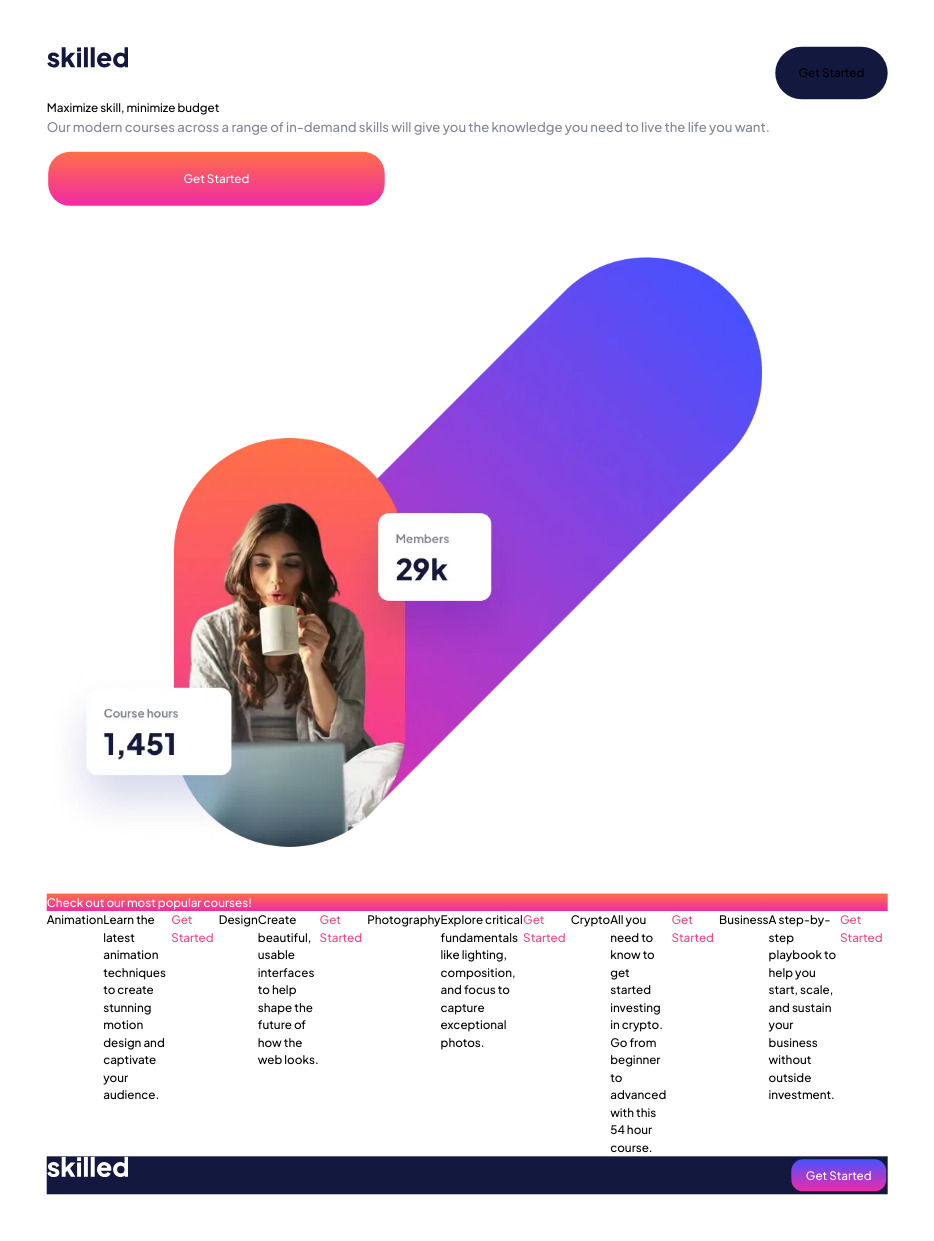
Repository: blordeus/Skilled-e-learning-landing-page
Page: index.html
An editor plug-in stored every save of this project. The page is shown before and after the next save, followed by the edit.
The browser window is 1280 px wide. The pictures show the whole page, at 73% of full size.

Above is the page before, as saved 2023-06-17 20:22:57.

### index.html
<!DOCTYPE html>
<html lang="en">
<head>
  <meta charset="UTF-8">
  <meta name="viewport" content="width=device-width, initial-scale=1.0">
  <link rel="stylesheet" href="style.css">
  <link rel="stylesheet" href="output.css">
  <link rel="preconnect" href="https://fonts.googleapis.com">
  <link rel="preconnect" href="https://fonts.gstatic.com" crossorigin>
  <link href="https://fonts.googleapis.com/css2?family=Plus+Jakarta+Sans:wght@500;700;800&display=swap" rel="stylesheet">
  <link rel="icon" type="image/png" sizes="32x32" href="./assets/favicon-32x32.png">

  <title>Frontend Mentor | Skilled e-learning landing page</title>
</head>
<body class="min-h-screen w-full">

  <main>
    <div class="grid grid-flow-col place-content-between mb-6">
      <img src="./assets/logo-dark.svg" alt="logo dark" class="translate-y-6">
      <button class="px-8 py-6 text-skilled-color6 rounded-full bg-skilled-color2 items-center">Get Started</button>
    </div >

    <div class="hero-section grid grid-flow-row gap-4">
      <h1 class="sm:text-heading-xl sm:leading-70 sm:font-weight:800 max-sm:text-heading-l max-sm:leading-51 max-sm:font-weight:700">Maximize skill, minimize budget</h1>
      <p class="text-skilled-color3 text-body-m leading-28 pb-4">
        Our modern courses across a range of in-demand skills will give you the
        knowledge you need to live the life you want.
      </p>
      <button class="button-gradient1">Get Started</button>
      </div>

      <div>
        <picture>
          <source srcset="/assets/image-hero-desktop.webp, /assets/image-hero-desktop@2x.webp 2x" type="image/webp"
            media="(min-width: 75em)">
          <source srcset="/assets/image-hero-desktop.png, /assets/image-hero-desktop@2x.png 2x" type="image/png"
            media="(min-width: 75em)">
          <source srcset="/assets/image-hero-tablet.webp, /assets/image-hero-tablet@2x.webp 2x" type="image/webp"
            media="(min-width: 45em)">
          <source srcset="/assets/image-hero-tablet.png, /assets/image-hero-tablet@2x.png 2x" type="image/png"
            media="(min-width: 45em)">
          <source srcset="/assets/image-hero-mobile.webp, /assets/image-hero-mobile@2x.webp 2x" type="image/webp">
          <source srcset="/assets/image-hero-mobile.png, /assets/image-hero-mobile@2x.png 2x" type="image/png">
          <img src="/assets/image-hero-mobile.png" alt="29k members and 1,451 course hours">
        </picture>
      </div>
    </div>



    <section>
      <div class="grid popular-bg py">
      <h2>Check out our most popular courses!</h2>
      </div>

      <div class="grid grid-flow-col">
        <h2>Animation</h2>
        Learn the latest animation techniques to create stunning motion
        design and captivate your audience.
        <p class="text-skilled-color4">Get Started</p>
        <h2>Design</h2>
        Create beautiful, usable interfaces to help shape the future of
        how the web looks.
        <p  class="text-skilled-color4">Get Started</p>
        <h2>Photography</h2>
        Explore critical fundamentals like lighting, composition, and focus
        to capture exceptional photos.
        <p  class="text-skilled-color4">Get Started</p>
        <h2>Crypto</h2>
        All you need to know to get started investing in crypto. Go from beginner
        to advanced with this 54 hour course.
        <p  class="text-skilled-color4">Get Started</p>
        <h2>Business</h2>
        A step-by-step playbook to help you start, scale, and sustain your business
        without outside investment.
        <p class="text-skilled-color4">Get Started</p>
      </div>

    </section>
    <footer class="footer bg-skilled-color2">
      <div class="grid grid-flow-col place-content-between">
        <img src="./assets/logo-light.svg" alt="" class="logo">
        <button class="button-gradient2">Get Started</button>
      </div>
  </footer>
  </main>

</body>
</html>

### style.css
@import url('https://fonts.googleapis.com/css2?family=Plus+Jakarta+Sans:wght@500;700;800&display=swap');

.popular-bg{
    background: linear-gradient(to bottom, #FF6F48, #F02AA6);
    text-align: start;
    color: white;
}

.button {
    background-color: #13183F;
    border: none;
    color: white;
    padding: 10px 20px;
    text-align: center;
    text-decoration: none;
    display: inline-block;
    margin: 4px 2px;
    cursor: pointer;
    border-radius: 16px;
  }
  .button-gradient1 {
    background: linear-gradient(to bottom, #FF6F48, #F02AA6);
    border: none;
    color: white;
    padding: 25px 20px;
    text-align: center;
    text-decoration: none;
    display: inline-block;
    margin: 4px 2px;
    cursor: pointer;
    border-radius: 30px;
    width: 40%;
  }
  .button-gradient2 {
    background: linear-gradient(to bottom, #4851FF, #F02AA6);
    border: none;
    color: white;
    padding: 10px 20px;
    text-align: center;
    text-decoration: none;
    display: inline-block;
    margin: 4px 2px;
    cursor: pointer;
    border-radius: 16px;
  }

body {
  padding: 5%;
}

### output.css
/*
! tailwindcss v3.3.2 | MIT License | https://tailwindcss.com
*/

/*
1. Prevent padding and border from affecting element width. (https://github.com/mozdevs/cssremedy/issues/4)
2. Allow adding a border to an element by just adding a border-width. (https://github.com/tailwindcss/tailwindcss/pull/116)
*/

*,
::before,
::after {
  box-sizing: border-box;
  /* 1 */
  border-width: 0;
  /* 2 */
  border-style: solid;
  /* 2 */
  border-color: currentColor;
  /* 2 */
}

::before,
::after {
  --tw-content: '';
}

/*
1. Use a consistent sensible line-height in all browsers.
2. Prevent adjustments of font size after orientation changes in iOS.
3. Use a more readable tab size.
4. Use the user's configured `sans` font-family by default.
5. Use the user's configured `sans` font-feature-settings by default.
6. Use the user's configured `sans` font-variation-settings by default.
*/

html {
  line-height: 1.5;
  /* 1 */
  -webkit-text-size-adjust: 100%;
  /* 2 */
  -moz-tab-size: 4;
  /* 3 */
  -o-tab-size: 4;
     tab-size: 4;
  /* 3 */
  font-family: Plus Jakarta Sans, sans-serif;
  /* 4 */
  font-feature-settings: normal;
  /* 5 */
  font-variation-settings: normal;
  /* 6 */
}

/*
1. Remove the margin in all browsers.
2. Inherit line-height from `html` so users can set them as a class directly on the `html` element.
*/

body {
  margin: 0;
  /* 1 */
  line-height: inherit;
  /* 2 */
}

/*
1. Add the correct height in Firefox.
2. Correct the inheritance of border color in Firefox. (https://bugzilla.mozilla.org/show_bug.cgi?id=190655)
3. Ensure horizontal rules are visible by default.
*/

hr {
  height: 0;
  /* 1 */
  color: inherit;
  /* 2 */
  border-top-width: 1px;
  /* 3 */
}

/*
Add the correct text decoration in Chrome, Edge, and Safari.
*/

abbr:where([title]) {
  -webkit-text-decoration: underline dotted;
          text-decoration: underline dotted;
}

/*
Remove the default font size and weight for headings.
*/

h1,
h2,
h3,
h4,
h5,
h6 {
  font-size: inherit;
  font-weight: inherit;
}

/*
Reset links to optimize for opt-in styling instead of opt-out.
*/

a {
  color: inherit;
  text-decoration: inherit;
}

/*
Add the correct font weight in Edge and Safari.
*/

b,
strong {
  font-weight: bolder;
}

/*
1. Use the user's configured `mono` font family by default.
2. Correct the odd `em` font sizing in all browsers.
*/

code,
kbd,
samp,
pre {
  font-family: ui-monospace, SFMono-Regular, Menlo, Monaco, Consolas, "Liberation Mono", "Courier New", monospace;
  /* 1 */
  font-size: 1em;
  /* 2 */
}

/*
Add the correct font size in all browsers.
*/

small {
  font-size: 80%;
}

/*
Prevent `sub` and `sup` elements from affecting the line height in all browsers.
*/

sub,
sup {
  font-size: 75%;
  line-height: 0;
  position: relative;
  vertical-align: baseline;
}

sub {
  bottom: -0.25em;
}

sup {
  top: -0.5em;
}

/*
1. Remove text indentation from table contents in Chrome and Safari. (https://bugs.chromium.org/p/chromium/issues/detail?id=999088, https://bugs.webkit.org/show_bug.cgi?id=201297)
2. Correct table border color inheritance in all Chrome and Safari. (https://bugs.chromium.org/p/chromium/issues/detail?id=935729, https://bugs.webkit.org/show_bug.cgi?id=195016)
3. Remove gaps between table borders by default.
*/

table {
  text-indent: 0;
  /* 1 */
  border-color: inherit;
  /* 2 */
  border-collapse: collapse;
  /* 3 */
}

/*
1. Change the font styles in all browsers.
2. Remove the margin in Firefox and Safari.
3. Remove default padding in all browsers.
*/

button,
input,
optgroup,
select,
textarea {
  font-family: inherit;
  /* 1 */
  font-size: 100%;
  /* 1 */
  font-weight: inherit;
  /* 1 */
  line-height: inherit;
  /* 1 */
  color: inherit;
  /* 1 */
  margin: 0;
  /* 2 */
  padding: 0;
  /* 3 */
}

/*
Remove the inheritance of text transform in Edge and Firefox.
*/

button,
select {
  text-transform: none;
}

/*
1. Correct the inability to style clickable types in iOS and Safari.
2. Remove default button styles.
*/

button,
[type='button'],
[type='reset'],
[type='submit'] {
  /* 1 */
  background-color: transparent;
  /* 2 */
  background-image: none;
  /* 2 */
}

/*
Use the modern Firefox focus style for all focusable elements.
*/

:-moz-focusring {
  outline: auto;
}

/*
Remove the additional `:invalid` styles in Firefox. (https://github.com/mozilla/gecko-dev/blob/2f9eacd9d3d995c937b4251a5557d95d494c9be1/layout/style/res/forms.css#L728-L737)
*/

:-moz-ui-invalid {
  box-shadow: none;
}

/*
Add the correct vertical alignment in Chrome and Firefox.
*/

progress {
  vertical-align: baseline;
}

/*
Correct the cursor style of increment and decrement buttons in Safari.
*/

::-webkit-inner-spin-button,
::-webkit-outer-spin-button {
  height: auto;
}

/*
1. Correct the odd appearance in Chrome and Safari.
2. Correct the outline style in Safari.
*/

[type='search'] {
  /* 1 */
  outline-offset: -2px;
  /* 2 */
}

/*
Remove the inner padding in Chrome and Safari on macOS.
*/

::-webkit-search-decoration {
  -webkit-appearance: none;
}

/*
1. Correct the inability to style clickable types in iOS and Safari.
2. Change font properties to `inherit` in Safari.
*/

::-webkit-file-upload-button {
  -webkit-appearance: button;
  /* 1 */
  font: inherit;
  /* 2 */
}

/*
Add the correct display in Chrome and Safari.
*/

summary {
  display: list-item;
}

/*
Removes the default spacing and border for appropriate elements.
*/

blockquote,
dl,
dd,
h1,
h2,
h3,
h4,
h5,
h6,
hr,
figure,
p,
pre {
  margin: 0;
}

fieldset {
  margin: 0;
  padding: 0;
}

legend {
  padding: 0;
}

ol,
ul,
menu {
  list-style: none;
  margin: 0;
  padding: 0;
}

/*
Prevent resizing textareas horizontally by default.
*/

textarea {
  resize: vertical;
}

/*
1. Reset the default placeholder opacity in Firefox. (https://github.com/tailwindlabs/tailwindcss/issues/3300)
2. Set the default placeholder color to the user's configured gray 400 color.
*/

input::-moz-placeholder, textarea::-moz-placeholder {
  opacity: 1;
  /* 1 */
  color: #9ca3af;
  /* 2 */
}

input::placeholder,
textarea::placeholder {
  opacity: 1;
  /* 1 */
  color: #9ca3af;
  /* 2 */
}

/*
Set the default cursor for buttons.
*/

button,
[role="button"] {
  cursor: pointer;
}

/*
Make sure disabled buttons don't get the pointer cursor.
*/

:disabled {
  cursor: default;
}

/*
1. Make replaced elements `display: block` by default. (https://github.com/mozdevs/cssremedy/issues/14)
2. Add `vertical-align: middle` to align replaced elements more sensibly by default. (https://github.com/jensimmons/cssremedy/issues/14#issuecomment-634934210)
   This can trigger a poorly considered lint error in some tools but is included by design.
*/

img,
svg,
video,
canvas,
audio,
iframe,
embed,
object {
  display: block;
  /* 1 */
  /* 2 */
}

/*
Constrain images and videos to the parent width and preserve their intrinsic aspect ratio. (https://github.com/mozdevs/cssremedy/issues/14)
*/

img,
video {
  max-width: 100%;
  height: auto;
}

/* Make elements with the HTML hidden attribute stay hidden by default */

[hidden] {
  display: none;
}

*, ::before, ::after {
  --tw-border-spacing-x: 0;
  --tw-border-spacing-y: 0;
  --tw-translate-x: 0;
  --tw-translate-y: 0;
  --tw-rotate: 0;
  --tw-skew-x: 0;
  --tw-skew-y: 0;
  --tw-scale-x: 1;
  --tw-scale-y: 1;
  --tw-pan-x:  ;
  --tw-pan-y:  ;
  --tw-pinch-zoom:  ;
  --tw-scroll-snap-strictness: proximity;
  --tw-gradient-from-position:  ;
  --tw-gradient-via-position:  ;
  --tw-gradient-to-position:  ;
  --tw-ordinal:  ;
  --tw-slashed-zero:  ;
  --tw-numeric-figure:  ;
  --tw-numeric-spacing:  ;
  --tw-numeric-fraction:  ;
  --tw-ring-inset:  ;
  --tw-ring-offset-width: 0px;
  --tw-ring-offset-color: #fff;
  --tw-ring-color: rgb(59 130 246 / 0.5);
  --tw-ring-offset-shadow: 0 0 #0000;
  --tw-ring-shadow: 0 0 #0000;
  --tw-shadow: 0 0 #0000;
  --tw-shadow-colored: 0 0 #0000;
  --tw-blur:  ;
  --tw-brightness:  ;
  --tw-contrast:  ;
  --tw-grayscale:  ;
  --tw-hue-rotate:  ;
  --tw-invert:  ;
  --tw-saturate:  ;
  --tw-sepia:  ;
  --tw-drop-shadow:  ;
  --tw-backdrop-blur:  ;
  --tw-backdrop-brightness:  ;
  --tw-backdrop-contrast:  ;
  --tw-backdrop-grayscale:  ;
  --tw-backdrop-hue-rotate:  ;
  --tw-backdrop-invert:  ;
  --tw-backdrop-opacity:  ;
  --tw-backdrop-saturate:  ;
  --tw-backdrop-sepia:  ;
}

::backdrop {
  --tw-border-spacing-x: 0;
  --tw-border-spacing-y: 0;
  --tw-translate-x: 0;
  --tw-translate-y: 0;
  --tw-rotate: 0;
  --tw-skew-x: 0;
  --tw-skew-y: 0;
  --tw-scale-x: 1;
  --tw-scale-y: 1;
  --tw-pan-x:  ;
  --tw-pan-y:  ;
  --tw-pinch-zoom:  ;
  --tw-scroll-snap-strictness: proximity;
  --tw-gradient-from-position:  ;
  --tw-gradient-via-position:  ;
  --tw-gradient-to-position:  ;
  --tw-ordinal:  ;
  --tw-slashed-zero:  ;
  --tw-numeric-figure:  ;
  --tw-numeric-spacing:  ;
  --tw-numeric-fraction:  ;
  --tw-ring-inset:  ;
  --tw-ring-offset-width: 0px;
  --tw-ring-offset-color: #fff;
  --tw-ring-color: rgb(59 130 246 / 0.5);
  --tw-ring-offset-shadow: 0 0 #0000;
  --tw-ring-shadow: 0 0 #0000;
  --tw-shadow: 0 0 #0000;
  --tw-shadow-colored: 0 0 #0000;
  --tw-blur:  ;
  --tw-brightness:  ;
  --tw-contrast:  ;
  --tw-grayscale:  ;
  --tw-hue-rotate:  ;
  --tw-invert:  ;
  --tw-saturate:  ;
  --tw-sepia:  ;
  --tw-drop-shadow:  ;
  --tw-backdrop-blur:  ;
  --tw-backdrop-brightness:  ;
  --tw-backdrop-contrast:  ;
  --tw-backdrop-grayscale:  ;
  --tw-backdrop-hue-rotate:  ;
  --tw-backdrop-invert:  ;
  --tw-backdrop-opacity:  ;
  --tw-backdrop-saturate:  ;
  --tw-backdrop-sepia:  ;
}

.grid {
  display: grid;
}

.min-h-screen {
  min-height: 100vh;
}

.w-full {
  width: 100%;
}

.grid-flow-row {
  grid-auto-flow: row;
}

.grid-flow-col {
  grid-auto-flow: column;
}

.place-content-between {
  place-content: space-between;
}

.rounded-full {
  border-radius: 9999px;
}

.bg-skilled-color2 {
  --tw-bg-opacity: 1;
  background-color: rgb(19 24 63 / var(--tw-bg-opacity));
}

.p-4 {
  padding: 1rem;
}

.p-6 {
  padding: 1.5rem;
}

.p-8 {
  padding: 2rem;
}

.px-8 {
  padding-left: 2rem;
  padding-right: 2rem;
}

.py-12 {
  padding-top: 3rem;
  padding-bottom: 3rem;
}

.py-6 {
  padding-top: 1.5rem;
  padding-bottom: 1.5rem;
}

.pb-4 {
  padding-bottom: 1rem;
}

.text-heading-xl {
  font-size: 56px;
}

.text-body-m {
  font-size: 18px;
}

.leading-28 {
  line-height: 28px;
}

.leading-70 {
  line-height: 70px;
}

.text-skilled-color3 {
  --tw-text-opacity: 1;
  color: rgb(131 134 154 / var(--tw-text-opacity));
}

.text-skilled-color4 {
  --tw-text-opacity: 1;
  color: rgb(247 71 128 / var(--tw-text-opacity));
}

@media (min-width: 640px) {
  .sm\:text-heading-l {
    font-size: 40px;
  }

  .sm\:leading-51 {
    line-height: 51px;
  }
}

After the next save:
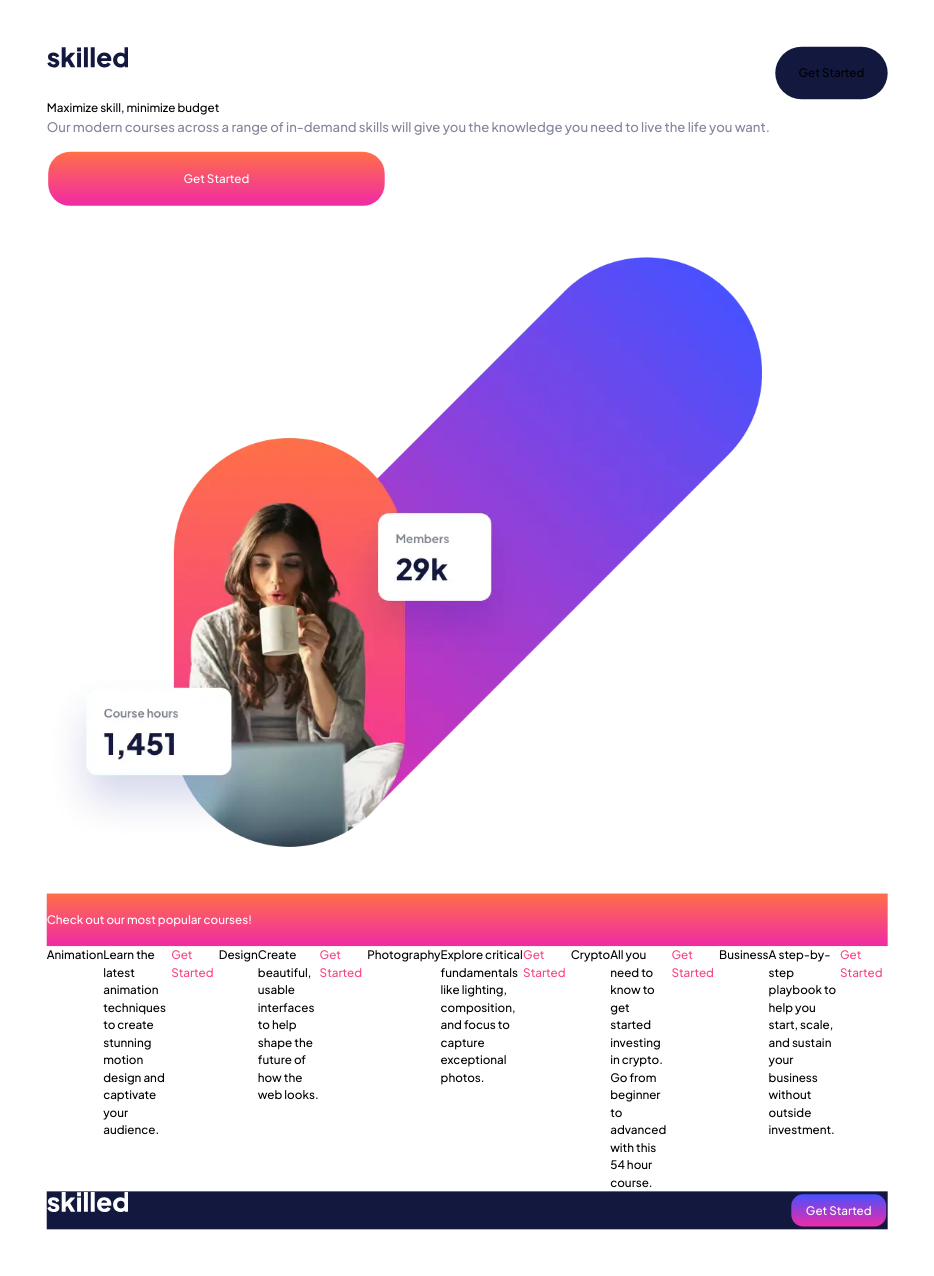
Saved 7 s later.
--- a/index.html
+++ b/index.html
@@ -49,7 +49,7 @@
 
 
     <section>
-      <div class="grid popular-bg py">
+      <div class="grid popular-bg py-6">
       <h2>Check out our most popular courses!</h2>
       </div>
 
